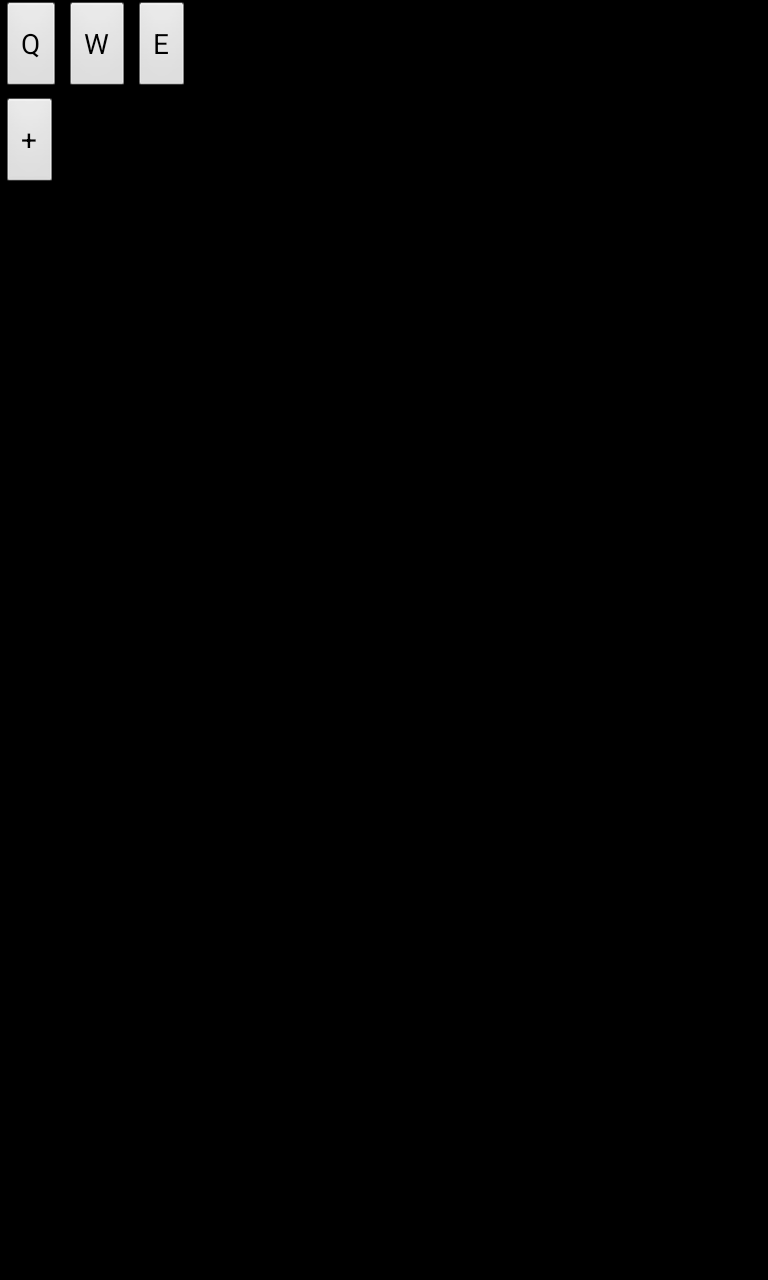
Repository: simplesns/workspace
Layout: eclipse/DEPuzzles/res/layout/ui_keypad.xml
These files come from the project's save history. The layout is drawn as it stood at one moment and after the next save; the edit follows.
It is drawn on a 768 x 1280 px phone screen (xhdpi) without system bars, with theme android:Theme; the app's code is not run.

Above is the layout before, as saved 2011-01-29 08:52:26.

After the next save:
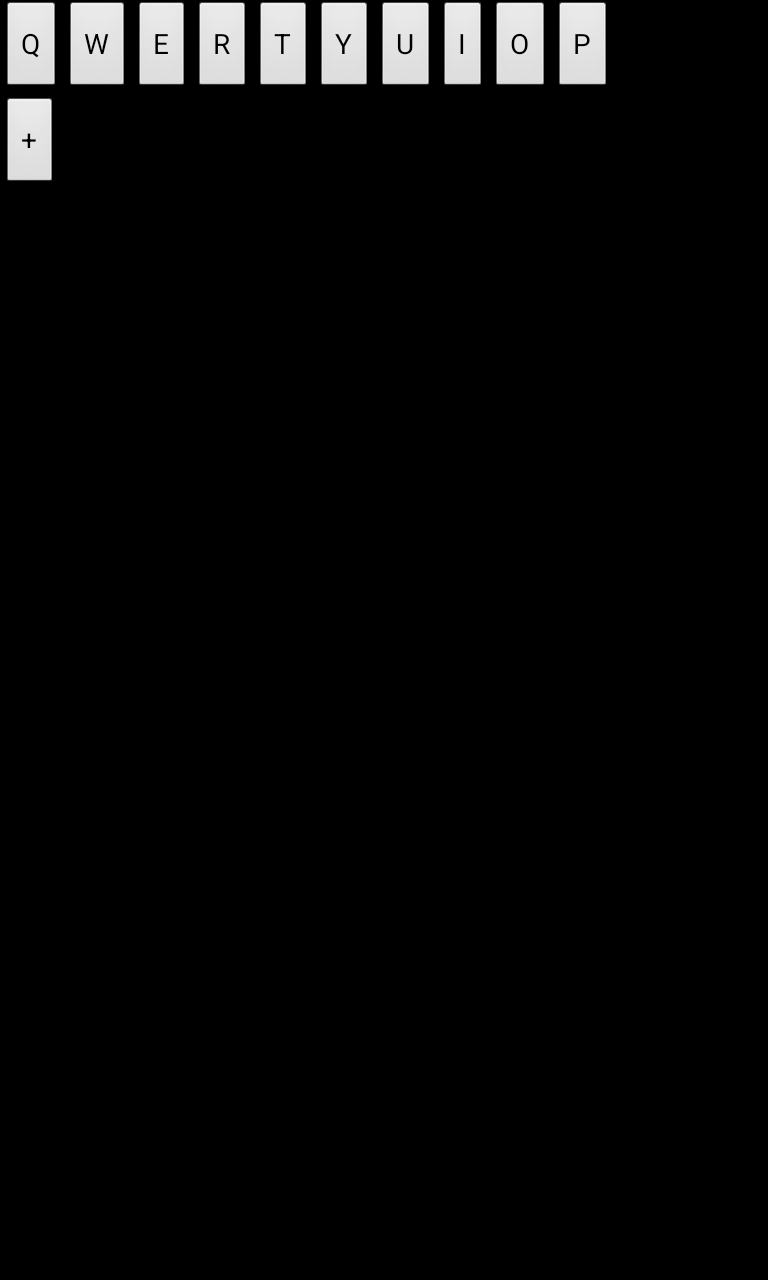
Saved 89 s later.
--- a/eclipse/DEPuzzles/res/layout/ui_keypad.xml
+++ b/eclipse/DEPuzzles/res/layout/ui_keypad.xml
@@ -10,6 +10,20 @@
 			android:layout_height="wrap_content" android:text="W" android:id="@+id/KeyPadW"></Button>
 		<Button android:layout_width="wrap_content"
 			android:layout_height="wrap_content" android:text="E" android:id="@+id/KeyPadE"></Button>
+		<Button android:layout_width="wrap_content"
+			android:layout_height="wrap_content" android:text="R" android:id="@+id/KeyPadR"></Button>
+		<Button android:layout_width="wrap_content"
+			android:layout_height="wrap_content" android:text="T" android:id="@+id/KeyPadT"></Button>
+		<Button android:layout_width="wrap_content"
+			android:layout_height="wrap_content" android:text="Y" android:id="@+id/KeyPadY"></Button>
+		<Button android:layout_width="wrap_content"
+			android:layout_height="wrap_content" android:text="U" android:id="@+id/KeyPadU"></Button>
+		<Button android:layout_width="wrap_content"
+			android:layout_height="wrap_content" android:text="I" android:id="@+id/KeyPadI"></Button>
+		<Button android:layout_width="wrap_content"
+			android:layout_height="wrap_content" android:text="O" android:id="@+id/KeyPadO"></Button>
+		<Button android:layout_width="wrap_content"
+			android:layout_height="wrap_content" android:text="P" android:id="@+id/KeyPadP"></Button>
 	</LinearLayout>
 	<LinearLayout android:id="@+id/LinearLayout02"
 		android:layout_width="wrap_content" android:layout_height="wrap_content"></LinearLayout>
